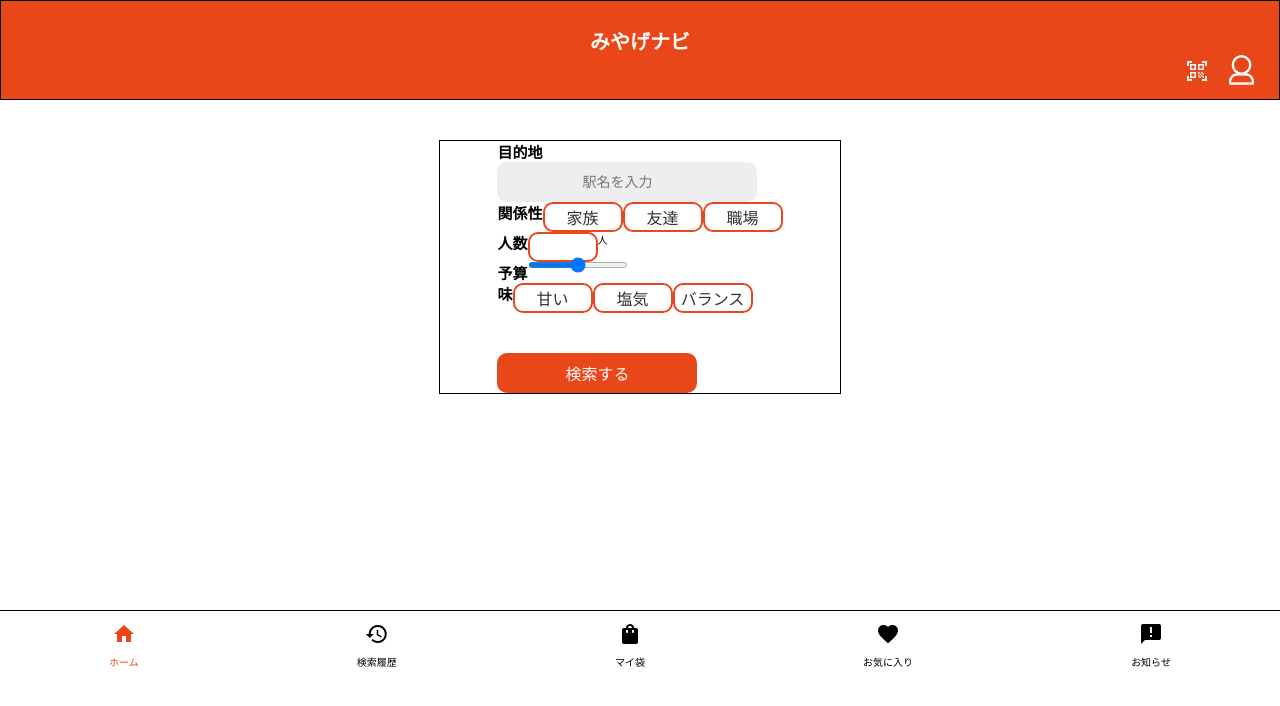
Repository: ama-ne2/miyage_nav
Page: index.html
An editor plug-in stored every save of this project. The page is shown before and after the next save, followed by the edit.
The browser window is 1280 px wide. The pictures show the whole page.

Above is the page before, as saved 2026-02-05 19:32:18.

After the next save:
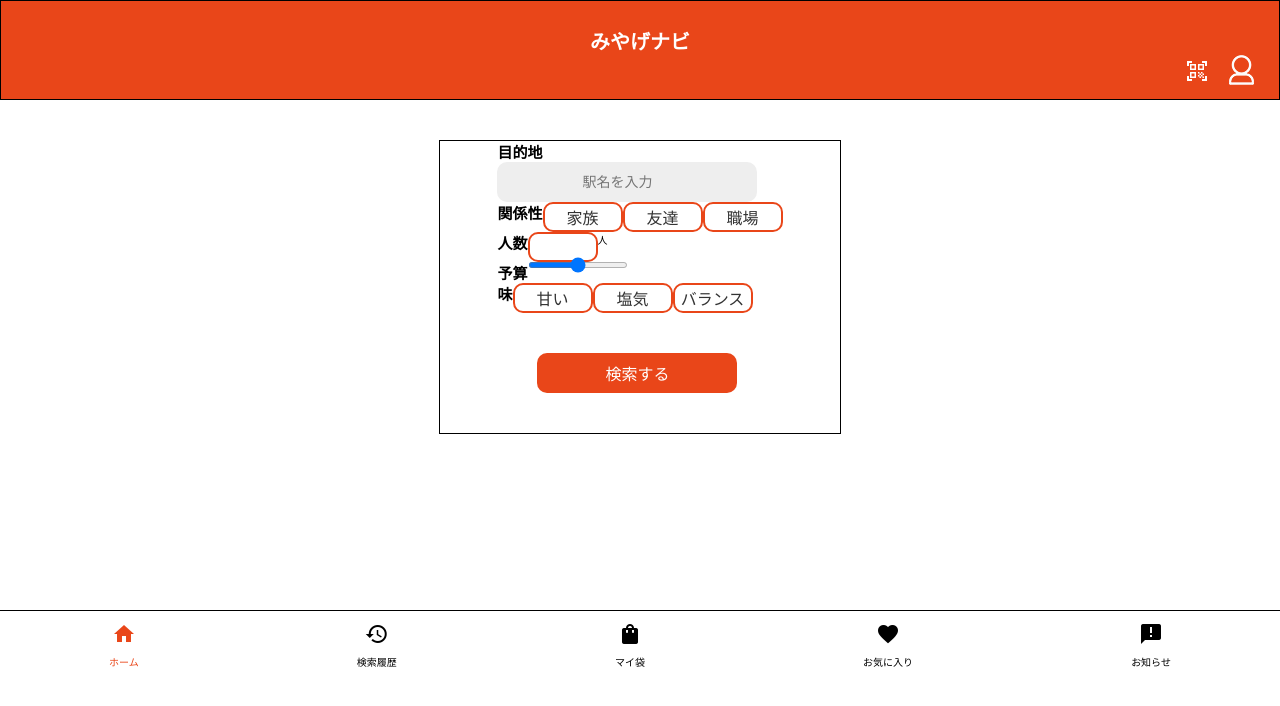
Saved 16 s later.
--- a/css/index.css
+++ b/css/index.css
@@ -88,5 +88,5 @@ button[type="submit"]{
     color: #fff;
     font-size: 1.6rem;
     border-radius: 10px;
-    margin-top: 40px;
+    margin: 40px;
 }
